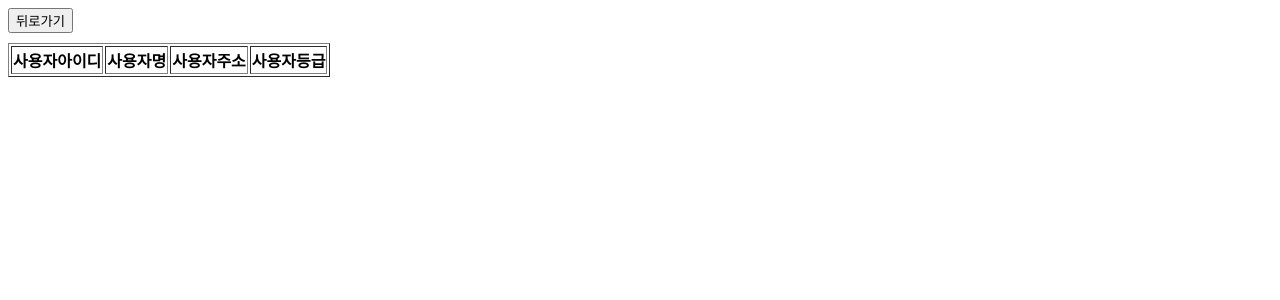
Repository: Ji-wonLee/book_store
Page: http://localhost/sms/userList.jsp
An editor plug-in stored every save of this project. The page is shown before and after the next save, followed by the edit.
The browser window is 1280 px wide. The pictures show the whole page.
The page is served by Tomcat 9. Other server files are loaded and not shown.

Above is the page before, as saved 2024-05-28 01:31:53.

### sms/src/main/webapp/userList.jsp
<%@ page language="java" contentType="text/html; charset=UTF-8"
    isELIgnored="false" pageEncoding="UTF-8"%>
<%@ taglib prefix="c" uri="http://java.sun.com/jsp/jstl/core" %>
<!DOCTYPE html>
<html>
<head>
	<meta charset="UTF-8">
	<button onclick="history.back()" type="submit" >뒤로가기</button>
	<title>회원 관리</title>
</head>

<body>

<table border='1' style='margin-top:10px'>
	<tr>
		<th>사용자아이디</th>
		<th>사용자명</th>
		<th>사용자주소</th>
		<th>사용자등급</th>
	</tr>
	<c:forEach var = "t" items="${userList}">
		<tr>
			<td>${t.user_id}</td>
			<td>${t.name}</td>
			<td>${t.address}</td>
			<td>${t.gname}</td>
		</tr>
	</c:forEach>
</table>
</body>
</html>

After the next save:
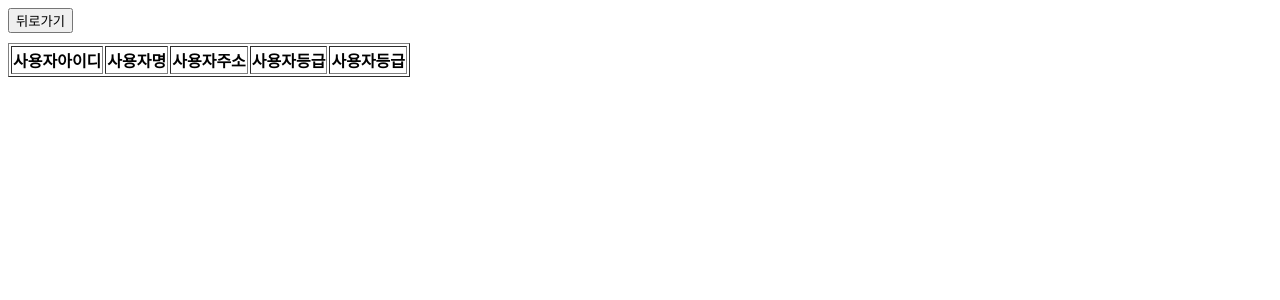
Saved 7 min 6 s later.
--- a/sms/src/main/webapp/userList.jsp
+++ b/sms/src/main/webapp/userList.jsp
@@ -17,6 +17,7 @@
 		<th>사용자명</th>
 		<th>사용자주소</th>
 		<th>사용자등급</th>
+		<th>사용자등급</th>
 	</tr>
 	<c:forEach var = "t" items="${userList}">
 		<tr>
